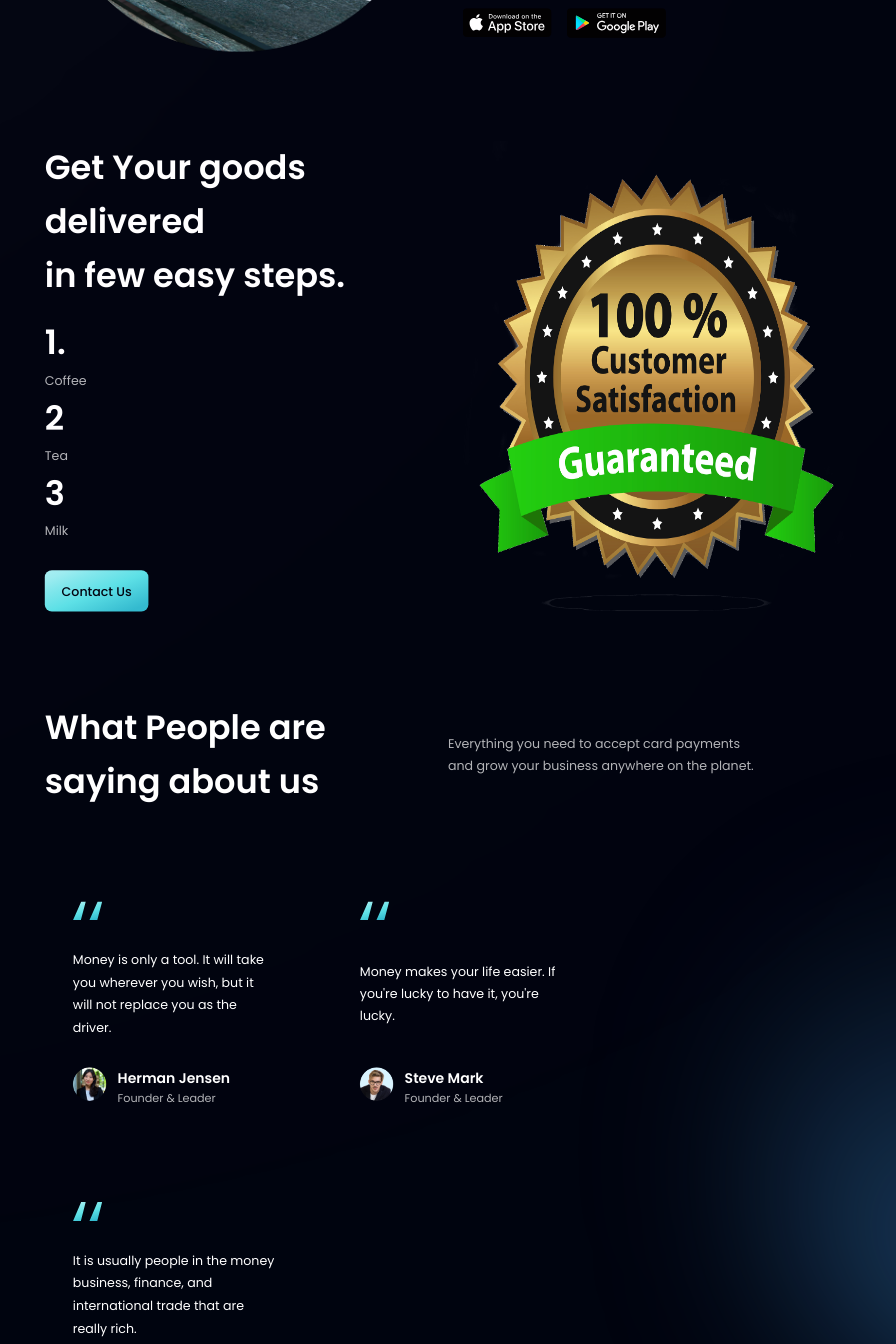
Repository: Miracleoluebube/captionlogistics
Page: /
The author's editor kept a copy of each file at every save. The page is drawn from the files as they stood at one save, then again after a run of saves.
The browser window is 1280 px wide. The pictures show the part of the page from y = 2474 to 4394 px (the page is 5553 px tall before and 5584 px after), at 70% of full size.
The project was rebuilt for these pictures with package versions that can differ from the ones it lists, and the page was loaded fresh each time. Also part of the build but not shown: vite.config.js.

Above is the page before, as saved 2022-10-02 17:57:26.

After the next 2 saves:
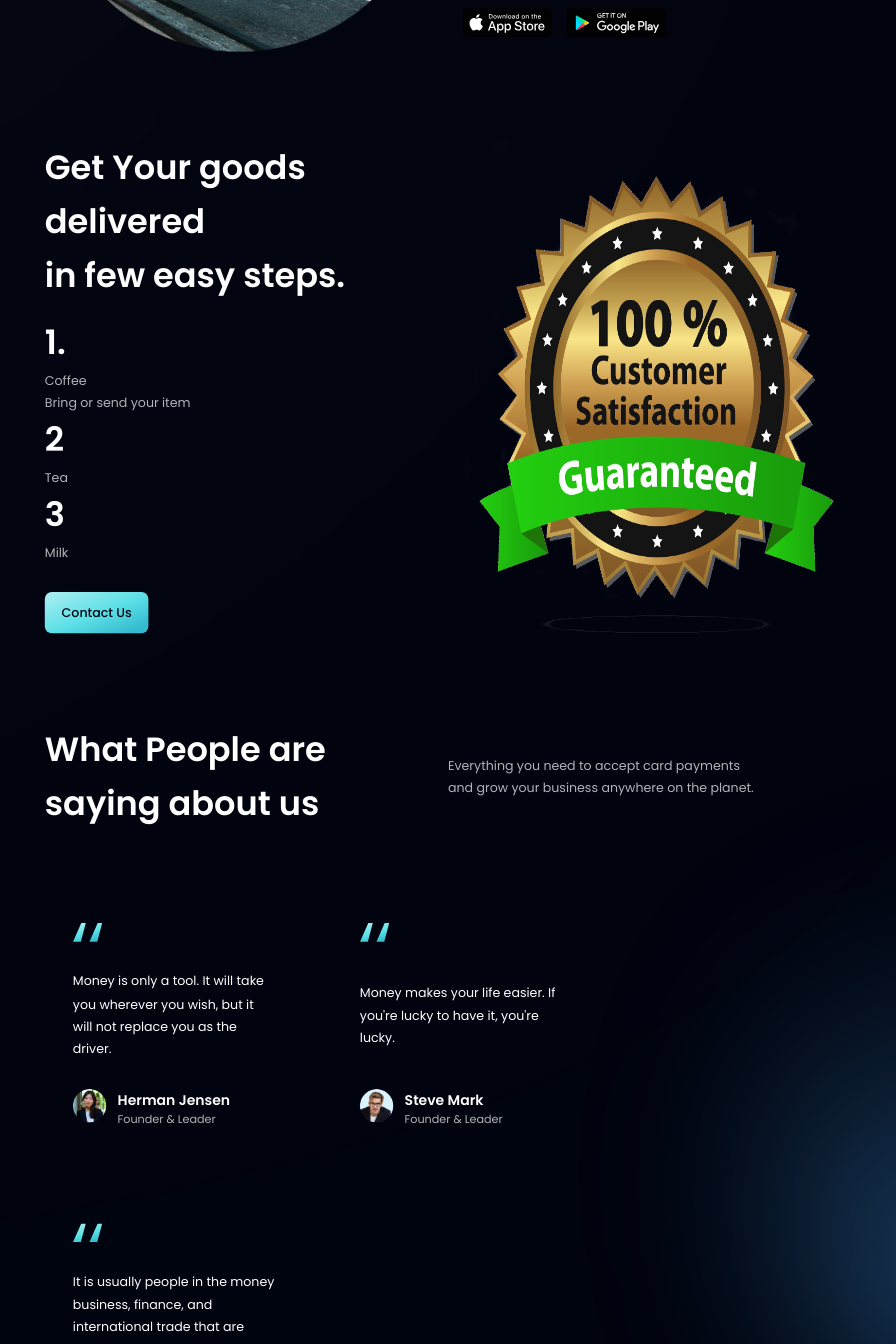
The 2 saves are shown as one change because they came seconds apart.
The last was saved 11 s later.
--- a/src/components/CardDeal.jsx
+++ b/src/components/CardDeal.jsx
@@ -13,7 +13,7 @@
       <ol type="1">
       <li className={styles.heading2}>1.</li>
   <h2><li >Coffee</li>
-
+  Bring or send your item
   </h2>
   <li className={styles.heading2}>2</li>
   <li>Tea</li>

After the save that followed:
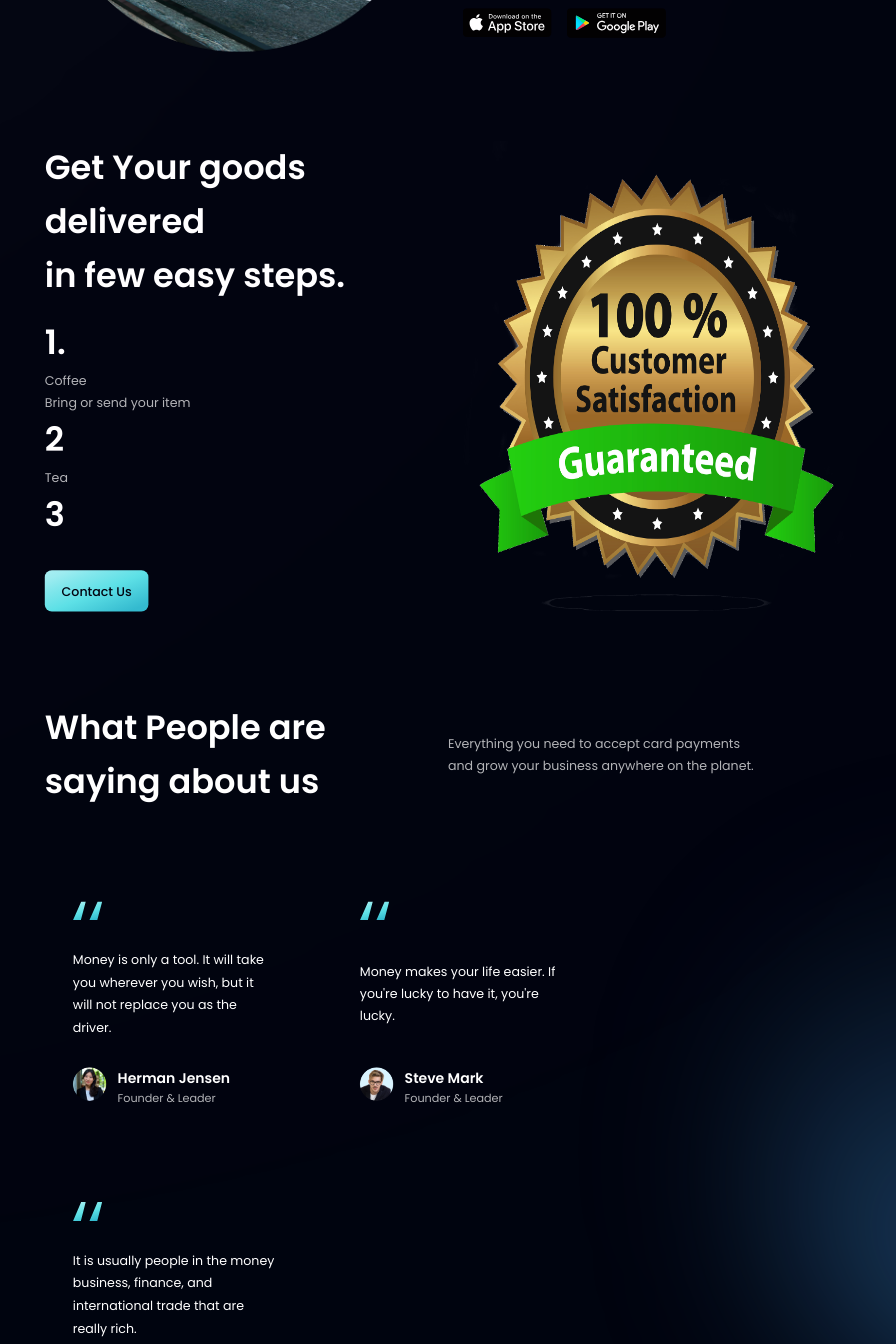
Saved 29 s later.
--- a/src/components/CardDeal.jsx
+++ b/src/components/CardDeal.jsx
@@ -18,7 +18,7 @@
   <li className={styles.heading2}>2</li>
   <li>Tea</li>
   <li className={styles.heading2}>3</li>
-  <li>Milk</li>
+  <li></li>
 </ol>
       </p>
 
